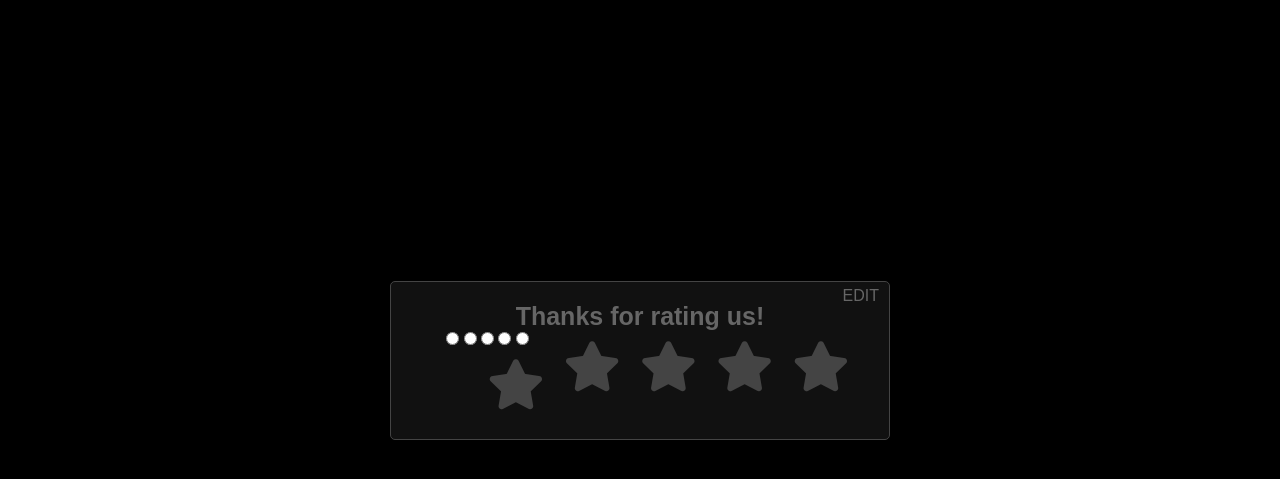
Repository: Suryansh-D/Star-Ratings
Page: index.html
These files come from the project's save history. The page is drawn as it stood at one moment and after a run of saves; the edit follows.
The browser window is 1280 px wide. The pictures show the whole page.

Above is the page before, as saved 2024-02-03 10:33:21.

### index.html
<!DOCTYPE html>
<html lang="en">
<head>
    <meta charset="UTF-8">
    <meta name="viewport" content="width=device-width, initial-scale=1.0">
    <title>Document</title>
</head>
<link rel="stylesheet" href="style.css">
<link rel="stylesheet" href="https://cdnjs.cloudflare.com/ajax/libs/font-awesome/5.15.3/css/all.min.css">
<body>
    <div class="container">
        <div class="post">
            <div class="text">Thanks for rating us!</div>
            <div class="edit">EDIT</div>
            </div>
        <div class="stars">
            <input type="radio" name="rate" id="rate-5">
            <label for="rate-5" class="fas fa-star"></label>
            <input type="radio" name="rate" id="rate-4">
            <label for="rate-4" class="fas fa-star"></label>
            <input type="radio" name="rate" id="rate-3">
            <label for="rate-3" class="fas fa-star"></label>
            <input type="radio" name="rate" id="rate-2">
            <label for="rate-2" class="fas fa-star"></label>
            <input type="radio" name="rate" id="rate-1">
            <label for="rate-1" class="fas fa-star"></label>
            <form action="#">
                <header></header>
                <div class="textarea">
                <textarea cols="30" placeholder="Describe your experience"></textarea>
                </div>
                    <div class="btn">
                        <button type="submit">Post</button>
                        </div>
                 </form>
        </div>
    </div>
    <script></script>
</body>
</html>

### style.css
@import url('https://fonts.googleapis.com/css?family=Roboto:400,700');
* {
  margin: 0;
  padding: 0;
  box-sizing: border-box;
  font-family:'Poppins', sans-serif;
}
html, body {
  height: 100%;
  background-color: #000;
  place-items: center;
  display: grid;
  text-align: center;
}

.container {
    position: relative;
    width: 500px;
    background: #111;
    padding: 20px  30px;
    border: 1px solid #444;
    border-radius: 5px;
    display: flex;
    flex-direction: column;
    align-items: center;
    justify-content: center;
}
.container .post
.container .stars input{
    display: none;
}
.stars label{
    font-size: 50px;
    color: #444;
    cursor: pointer;
    transition: all 0.2s ease;
    float: right;
    padding: 10px;

}
.stars input:not(:checked) ~ label:hover ,
.stars input:not(:checked) ~ label:hover ~ label{
    color: #ffcc00;
}
.stars input:checked ~ label{
    color: #ffcc00;
}
input#rate-5:checked ~ label{
    color: #fe7;
    text-shadow: 0 0 20px #f1cf45;
}
input#rate-4:checked ~ label{
    color: #fe7;
    text-shadow: 0 0 20px #f1cf45;
}
input#rate-3:checked ~ label{
    color: #fe7;
    text-shadow: 0 0 20px #f1cf45;
}
input#rate-2:checked ~ label{
    color: #fe7;
    text-shadow: 0 0 20px #f1cf45;
}
input#rate-1:checked ~ label{
    color: #fe7;
    text-shadow: 0 0 20px #f1cf45;
}

#rate-1:checked ~ form header:before{
    content: "Hatt Bakwas 😤";

}
#rate-2:checked ~ form header:before{
    content: "Bekaar 😒";
}
#rate-3:checked ~ form header:before{
    content: "Theek hi hai 🙂";
}
#rate-4:checked ~ form header:before{
    content: "Badhiya kiye Munna😌";
}
#rate-5:checked ~ form header:before{
    content: "Ohh Bhaisaab! 🤯 ";
}

.container .text{
    font-size: 25px;
    color: #666;
    font-weight: 700;

}
.container .edit{
    position: absolute;
    right:10px;
    top:5px;
    font-size: 16px;
    color: #666;
    font-weight: 500;
    cursor: pointer;
}
.container form{
    display: none;
}
input:checked ~ form{
    display: block;
    transition: all 0.2s ease;
}
form header{
    width:100%;
    font-size: 25px;
    color: #fe7;
    font-weight: 700;
    margin: 5px 0 20px 0;
    text-align: center;
    transition: all 0.2s ease;
}

form .textarea{
    width: 100%;
   height: 100%;
   overflow: hidden;
}
form .textarea textarea{
    height: 100%;
    width:100%;
    outline: none;
    color: #fff;
    border: 1px solid #333;
    background: #222;
    padding: 10px;
    font-size: 17px;
    resize: none;
}
form .btn{
  height: 45px;
  width: 100%;
  margin: 15px 0;
}
form .btn button{
    width: 100%;
    height: 100%;
    border: 1px solid #444;
    outline: none;
    background: #222;
    color: #999;
    font-size: 20px;
    font-weight: 700;
    cursor: pointer;
    transition: all 0.2s ease;
    font-size: 17px;
    text-transform: uppercase;
}
form .btn button:hover{
    background: #1b1b1b;
    color: #fff;
}

After the next 5 saves:
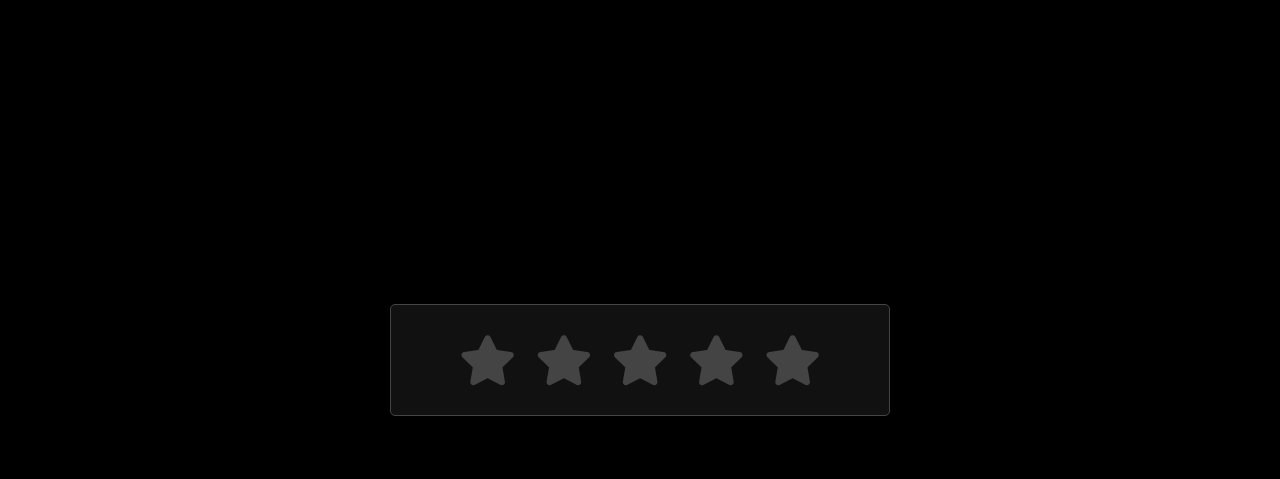
The 5 saves are shown as one change because they came seconds apart.
The last was saved 13 s later.
--- a/style.css
+++ b/style.css
@@ -25,7 +25,10 @@ html, body {
     align-items: center;
     justify-content: center;
 }
-.container .post
+.container .post{
+    display: none;
+
+}
 .container .stars input{
     display: none;
 }
